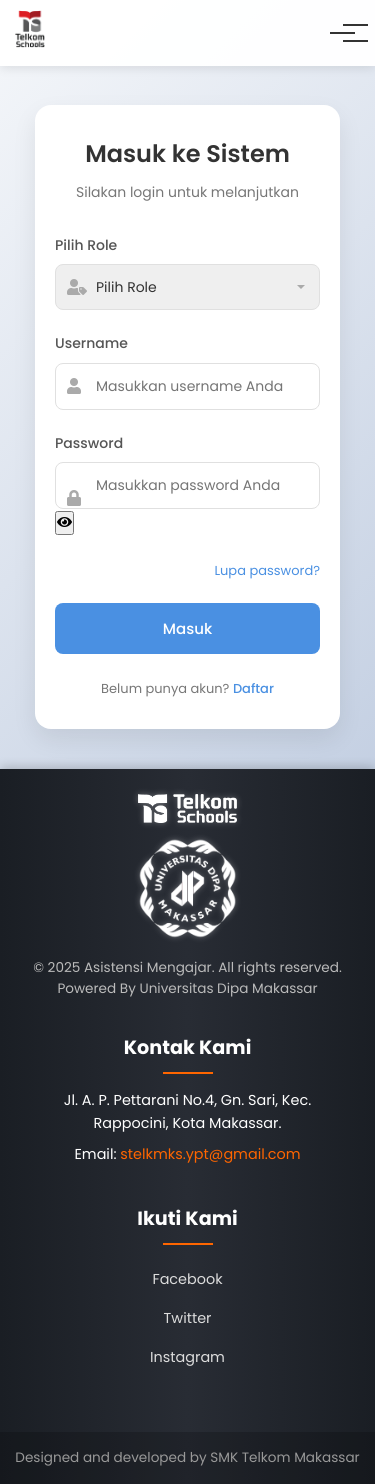
Repository: filperan/absensi-telkom
Page: /login
These files come from the project's save history. The page is drawn as it stood at one moment and after the next save; the edit follows.
The browser window is 375 px wide. The pictures show the whole page.
The project was rebuilt for these pictures with package versions that can differ from the ones it lists, and the page was loaded fresh each time. Also part of the build but not shown: src/components/HeroSection.css, src/components/HeroSection.js, src/components/NotFound.js, src/components/LoadingScreen.css.

Above is the page before, as saved 2025-02-18 21:26:55.

### src/App.js
import React, { useState, useEffect } from 'react';
import { BrowserRouter as Router, Route, Routes, Navigate } from 'react-router-dom';
import Navbar from './components/Navbar';
import HeroSection from './components/HeroSection';
import Footer from './components/Footer';
import Login from './components/Login';
import NotFound from './components/NotFound';
import LoadingScreen from './components/LoadingScreen';
import './App.css';

const App = () => {
  const [loading, setLoading] = useState(true);
  const [authenticated, setAuthenticated] = useState(false);

  // Simulasi loading
  useEffect(() => {
    const timer = setTimeout(() => {
      setLoading(false);
    }, 1500);

    // Cek status autentikasi dari localStorage
    const authStatus = localStorage.getItem('authenticated');
    if (authStatus === 'true') {
      setAuthenticated(true);
    }

    return () => clearTimeout(timer);
  }, []);

  // Handler login berhasil
  const handleLoginSuccess = () => {
    setAuthenticated(true);
    localStorage.setItem('authenticated', 'true');
  };

  // Handler logout
  const handleLogout = () => {
    setAuthenticated(false);
    localStorage.removeItem('authenticated');
  };

  if (loading) {
    return <LoadingScreen />;
  }

  return (
    <Router>
      <div className="app">
        <Navbar authenticated={authenticated} onLogout={handleLogout} />
        <main className="main-content">
          <Routes>
            <Route path="/" element={<HeroSection />} />
            <Route
              path="/login"
              element={
                authenticated ?
                <Navigate to="/dashboard" /> :
                <Login onLoginSuccess={handleLoginSuccess} />
              }
            />
            <Route
              path="/dashboard"
              element={
                authenticated ?
                <div className="dashboard-container">
                  <h1>Selamat datang di Dashboard</h1>
                  <p>Silakan pilih menu di atas untuk melanjutkan</p>
                </div> :
                <Navigate to="/login" />
              }
            />
            <Route path="*" element={<NotFound />} />
          </Routes>
        </main>
        <Footer />
      </div>
    </Router>
  );
};

export default App;

### src/components/Footer.js
import React from 'react';
import './Footer.css';

const Footer = () => {
  return (
    <footer className="footer">
      <div className="footer-content">
        <div className="footer-section logo-section">
          <img src="/telkom.png" alt="Telkom Logo" />
          <img src="/LogoUndipa.png" alt="Undipa Logo" />
          <p className="copyright">
            &copy; {new Date().getFullYear()} Asistensi Mengajar. All rights reserved. Powered By Universitas Dipa Makassar
          </p>
        </div>
        <div className="footer-section contact">
          <h4>Kontak Kami</h4>
          <address>
            <p>Jl. A. P. Pettarani No.4, Gn. Sari, Kec. Rappocini, Kota Makassar.</p>
            <p>Email: <a href="mailto:stelkmks.ypt@gmail.com">stelkmks.ypt@gmail.com</a></p>
          </address>
        </div>
        <div className="footer-section social-media">
          <h4>Ikuti Kami</h4>
          <div className="social-links">
            <a href="https://facebook.com" target="_blank" rel="noopener noreferrer">Facebook</a>
            <a href="https://twitter.com" target="_blank" rel="noopener noreferrer">Twitter</a>
            <a href="https://instagram.com" target="_blank" rel="noopener noreferrer">Instagram</a>
          </div>
        </div>
      </div>
      <div className="footer-bottom">
        <p>Designed and developed by SMK Telkom Makassar</p>
      </div>
    </footer>
  );
};


export default Footer;

### src/components/LoadingScreen.js
import React from 'react';
import './LoadingScreen.css';

const LoadingScreen = () => {
  return (
    <div className="loading-container">
      <div className="loading-content">
        <div className="loading-logo">
          <img src="/telkomlogo.png" alt="Telkom Logo" />
        </div>
        <div className="loading-spinner">
          <div className="spinner"></div>
        </div>
        <p className="loading-text">Memuat Aplikasi...</p>
      </div>
    </div>
  );
};

export default LoadingScreen;

### src/App.css
/* Import font untuk tampilan yang lebih modern */
@import url('https://fonts.googleapis.com/css2?family=Poppins:wght@300;400;500;600;700&display=swap');

* {
  margin: 0;
  padding: 0;
  box-sizing: border-box;
}

body {
  font-family: 'Poppins', sans-serif;
  background-color: #f9fafb;
  color: #333;
  line-height: 1.6;
}

.app {
  min-height: 100vh;
  display: flex;
  flex-direction: column;
}

.main-content {
  flex: 1;
  padding-top: 70px; /* Ruang untuk navbar fixed */
  width: 100%;
  max-width: 1400px;
  margin: 0 auto;
  padding-left: 5%;
  padding-right: 5%;
}

/* Dashboard Styling */
.dashboard-container {
  margin-top: 50px;
  background-color: white;
  border-radius: 12px;
  padding: 40px;
  box-shadow: 0 5px 15px rgba(0, 0, 0, 0.05);
  text-align: center;
}

.dashboard-container h1 {
  font-size: 28px;
  color: #333;
  margin-bottom: 20px;
}

.dashboard-container p {
  font-size: 16px;
  color: #666;
  margin-bottom: 30px;
}

/* Not Found Page Styling */
.not-found-container {
  display: flex;
  flex-direction: column;
  align-items: center;
  justify-content: center;
  text-align: center;
  padding: 80px 20px;
}

.not-found-title {
  font-size: 120px;
  font-weight: 700;
  color: #e74c3c;
  margin-bottom: 20px;
  line-height: 1;
}

.not-found-subtitle {
  font-size: 24px;
  font-weight: 600;
  color: #333;
  margin-bottom: 20px;
}

.not-found-message {
  font-size: 16px;
  color: #666;
  max-width: 500px;
  margin-bottom: 30px;
}

.not-found-button {
  display: inline-block;
  background-color: #e74c3c;
  color: white;
  padding: 12px 24px;
  border-radius: 24px;
  text-decoration: none;
  font-weight: 500;
  transition: all 0.3s ease;
}

.not-found-button:hover {
  background-color: #c0392b;
  transform: translateY(-2px);
  box-shadow: 0 4px 8px rgba(231, 76, 60, 0.2);
}

/* Responsive Styles */
@media (max-width: 768px) {
  .main-content {
    padding-top: 65px;
    padding-left: 4%;
    padding-right: 4%;
  }

  .dashboard-container {
    padding: 30px 20px;
  }

  .not-found-title {
    font-size: 100px;
  }

  .not-found-subtitle {
    font-size: 20px;
  }
}

@media (max-width: 480px) {
  .not-found-title {
    font-size: 80px;
  }

  .dashboard-container {
    padding: 25px 15px;
  }
}

### src/components/Navbar.css
/* Import font untuk tampilan yang lebih modern */
@import url('https://fonts.googleapis.com/css2?family=Poppins:wght@300;400;500;600;700&display=swap');

/* Navbar.css */
.navbar {
  position: fixed;
  top: 0;
  left: 0;
  width: 100%;
  background-color: rgba(255, 255, 255, 0.95);
  box-shadow: 0 2px 10px rgba(0, 0, 0, 0.1);
  z-index: 1000;
  transition: all 0.3s ease;
  padding: 0;
  font-family: 'Poppins', sans-serif;
}

.navbar.scrolled {
  padding: 5px 0;
  background-color: rgba(255, 255, 255, 0.98);
  box-shadow: 0 4px 15px rgba(0, 0, 0, 0.1);
}

.navbar-container {
  display: flex;
  justify-content: space-between;
  align-items: center;
  padding: 10px 5%;
  max-width: 1400px;
  margin: 0 auto;
}

.logo {
  flex: 0 0 auto;
}

.logo img {
  height: 45px;
  transition: all 0.3s ease;
}

.navbar.scrolled .logo img {
  height: 40px;
}

/* Desktop Navigation */
.nav-links {
  list-style: none;
  display: flex;
  gap: 30px;
  margin: 0;
  padding: 0;
}

.nav-links.desktop {
  display: flex;
}

.nav-links.mobile {
  display: none;
}

.nav-links a {
  text-decoration: none;
  color: #333;
  font-weight: 500;
  font-size: 15px;
  position: relative;
  padding: 5px 0;
  transition: color 0.3s ease;
}

.nav-links a:hover,
.nav-links a.active {
  color: #e74c3c;
}

.nav-links a::after {
  content: '';
  position: absolute;
  width: 0;
  height: 2px;
  bottom: 0;
  left: 0;
  background-color: #e74c3c;
  transition: width 0.3s ease;
}

.nav-links a:hover::after,
.nav-links a.active::after {
  width: 100%;
}

/* Nav Buttons */
.nav-buttons {
  display: flex;
  gap: 15px;
  align-items: center;
}

.nav-buttons.desktop {
  display: flex;
}

.nav-buttons.mobile {
  display: none;
}

.nav-button {
  padding: 10px 20px;
  border-radius: 24px;
  font-weight: 500;
  font-size: 14px;
  cursor: pointer;
  transition: all 0.3s ease;
  text-decoration: none;
  text-align: center;
  border: none;
  outline: none;
  font-family: 'Poppins', sans-serif;
}

.login-button {
  background-color: transparent;
  color: #333;
  border: 1px solid #ddd;
}

.login-button:hover {
  background-color: #f8f8f8;
  border-color: #ccc;
}

.hubungi-kami-button {
  background-color: #e74c3c;
  color: white;
}

.hubungi-kami-button:hover {
  background-color: #c0392b;
  transform: translateY(-2px);
  box-shadow: 0 4px 8px rgba(231, 76, 60, 0.2);
}

.dashboard-button {
  background-color: #3498db;
  color: white;
}

.dashboard-button:hover {
  background-color: #2980b9;
  transform: translateY(-2px);
  box-shadow: 0 4px 8px rgba(52, 152, 219, 0.2);
}

.logout-button {
  background-color: transparent;
  color: #555;
  border: 1px solid #ddd;
}

.logout-button:hover {
  background-color: #f8f8f8;
  color: #e74c3c;
  border-color: #e74c3c;
}

.authenticated-menu {
  display: flex;
  gap: 10px;
}

/* Mobile Menu Button */
.mobile-menu-button {
  display: none;
  background: none;
  border: none;
  cursor: pointer;
  width: 30px;
  height: 30px;
  position: relative;
  z-index: 1001;
}

.menu-icon {
  display: block;
  position: relative;
  width: 25px;
  height: 2px;
  background-color: #333;
  transition: background-color 0.3s;
}

.menu-icon::before,
.menu-icon::after {
  content: '';
  position: absolute;
  width: 25px;
  height: 2px;
  background-color: #333;
  transition: transform 0.3s, top 0.3s;
}

.menu-icon::before {
  top: -8px;
}

.menu-icon::after {
  top: 8px;
}

.menu-icon.open {
  background-color: transparent;
}

.menu-icon.open::before {
  top: 0;
  transform: rotate(45deg);
}

.menu-icon.open::after {
  top: 0;
  transform: rotate(-45deg);
}

/* Mobile Navigation */
.mobile-nav {
  display: none;
  position: fixed;
  top: 65px;
  left: 0;
  width: 100%;
  height: 0;
  background-color: white;
  box-shadow: 0 5px 10px rgba(0, 0, 0, 0.1);
  overflow: hidden;
  transition: height 0.4s ease-in-out;
  z-index: 999;
}

.mobile-nav.open {
  height: calc(100vh - 65px);
  overflow-y: auto;
}

/* Media Queries for Responsiveness */
@media (max-width: 1080px) {
  .nav-links.desktop {
    gap: 20px;
  }

  .nav-links a {
    font-size: 14px;
  }

  .nav-button {
    padding: 8px 16px;
    font-size: 13px;
  }
}

@media (max-width: 920px) {
  .nav-links.desktop,
  .nav-buttons.desktop {
    display: none;
  }

  .mobile-menu-button {
    display: block;
  }

  .mobile-nav {
    display: block;
  }

  .nav-links.mobile {
    display: flex;
    flex-direction: column;
    gap: 20px;
    padding: 30px 5%;
  }

  .nav-links.mobile a {
    font-size: 16px;
    padding: 10px 0;
    display: block;
  }

  .nav-buttons.mobile {
    display: flex;
    flex-direction: column;
    gap: 15px;
    padding: 0 5% 30px;
  }

  .nav-button {
    width: 100%;
    padding: 12px;
    font-size: 14px;
  }
}

@media (max-width: 480px) {
  .navbar-container {
    padding: 10px 4%;
  }

  .logo img {
    height: 38px;
  }

  .mobile-nav.open {
    padding-top: 10px;
  }

  .nav-links.mobile {
    gap: 15px;
    padding: 20px 4%;
  }

  .nav-buttons.mobile {
    padding: 0 4% 25px;
  }
}

### src/components/Footer.css
/* Reset and global styles */
html, body {
  height: 100%;
  margin: 0;
  padding: 0;
}

body {
  display: flex;
  flex-direction: column;
  min-height: 100vh;
}

#root {
  display: flex;
  flex-direction: column;
  min-height: 100vh;
}

/* Main content area */
.content {
  flex: 1 0 auto;
}

/* Footer styles */
.footer {
  width: 100%;
  background-color: #282c34;
  background-image: linear-gradient(to right, #1a1e24, #282c34, #1a1e24);
  color: white;
  margin-top: auto;
  box-shadow: 0 -2px 10px rgba(0, 0, 0, 0.2);
}

.footer-content {
  display: flex;
  justify-content: space-between;
  max-width: 100%;
  padding: 40px 50px;
  flex-wrap: wrap;
}

/* Logo section */
.logo-section {
  flex: 1;
  min-width: 200px;
  display: flex;
  flex-direction: column;
  align-items: flex-start;
}

.logo-section img {
  max-width: 120px;
  margin-bottom: 15px;
  filter: drop-shadow(0 0 3px rgba(255, 255, 255, 0.3));
}

.copyright {
  margin: 3px 0;
  font-size: 0.85rem;
  color: #bbb;
}

/* Contact section */
.contact {
  flex: 1;
  min-width: 280px;
  padding: 0 30px;
}

.contact h4 {
  font-size: 1.2rem;
  margin-bottom: 15px;
  position: relative;
  padding-bottom: 10px;
}

.contact h4:after {
  content: '';
  position: absolute;
  left: 0;
  bottom: 0;
  width: 50px;
  height: 2px;
  background-color: #f60;
}

.contact address {
  font-style: normal;
}

.contact p {
  margin: 8px 0;
  font-size: 0.95rem;
  line-height: 1.6;
}

.contact a {
  color: #f60;
  text-decoration: none;
  transition: color 0.3s;
}

.contact a:hover {
  color: #ff8c3a;
  text-decoration: underline;
}

/* Social media section */
.social-media {
  flex: 1;
  min-width: 200px;
}

.social-media h4 {
  font-size: 1.2rem;
  margin-bottom: 15px;
  position: relative;
  padding-bottom: 10px;
}

.social-media h4:after {
  content: '';
  position: absolute;
  left: 0;
  bottom: 0;
  width: 50px;
  height: 2px;
  background-color: #f60;
}

.social-links {
  display: flex;
  flex-direction: column;
}

.social-links a {
  display: flex;
  align-items: center;
  margin: 8px 0;
  color: #ddd;
  text-decoration: none;
  transition: all 0.3s ease;
  font-size: 0.95rem;
}

.social-links a i {
  margin-right: 10px;
  font-size: 1.2rem;
}

.social-links a:hover {
  color: #f60;
  transform: translateX(5px);
}

/* Footer bottom */
.footer-bottom {
  text-align: center;
  padding: 15px 0;
  background-color: rgba(0, 0, 0, 0.2);
  font-size: 0.85rem;
  color: #999;
}

/* Responsive styles */
@media screen and (max-width: 992px) {
  .footer-content {
    justify-content: space-around;
    padding: 30px 20px;
  }

  .contact {
    padding: 0 15px;
  }
}

@media screen and (max-width: 768px) {
  .footer-content {
    flex-direction: column;
    align-items: center;
    text-align: center;
    padding: 30px 15px;
  }

  .logo-section, .contact, .social-media {
    width: 100%;
    max-width: 400px;
    margin-bottom: 30px;
    align-items: center;
  }

  .contact h4:after, .social-media h4:after {
    left: 50%;
    transform: translateX(-50%);
  }

  .social-links {
    align-items: center;
  }

  .social-links a:hover {
    transform: translateY(-3px);
  }
}

@media screen and (max-width: 480px) {
  .footer-content {
    padding: 25px 10px;
  }

  .logo-section img {
    max-width: 100px;
  }

  .contact p, .social-links a {
    font-size: 0.9rem;
  }
}

### src/components/login.css
/* Import font untuk tampilan yang lebih modern */
@import url('https://fonts.googleapis.com/css2?family=Poppins:wght@300;400;500;600;700&display=swap');
@import url('https://cdnjs.cloudflare.com/ajax/libs/font-awesome/5.15.4/css/all.min.css');

/* Reset dan styling dasar */
* {
  box-sizing: border-box;
  margin: 0;
  padding: 0;
  font-family: 'Poppins', sans-serif;
}

body {
  background: linear-gradient(135deg, #f5f7fa 0%, #c3cfe2 100%);
  min-height: 100vh;
  display: flex;
  align-items: center;
  justify-content: center;
}

/* Container utama */
.login-container {
  width: 100%;
  max-width: 450px;
  padding: 40px 20px;
}

/* Card login */
.login-card {
  background-color: #fff;
  border-radius: 16px;
  box-shadow: 0 10px 25px rgba(0, 0, 0, 0.08);
  padding: 40px;
  transition: transform 0.3s ease;
}

.login-card:hover {
  transform: translateY(-5px);
}

/* Header */
.login-header {
  text-align: center;
  margin-bottom: 30px;
}

.login-header h2 {
  font-size: 28px;
  color: #333;
  font-weight: 600;
  margin-bottom: 8px;
}

.login-header p {
  color: #777;
  font-size: 14px;
}

/* Form styling */
.login-form {
  margin-bottom: 25px;
}

.form-group {
  margin-bottom: 22px;
}

.form-group label {
  display: block;
  margin-bottom: 8px;
  font-size: 14px;
  color: #555;
  font-weight: 500;
}

.input-container {
  position: relative;
}

.icon {
  position: absolute;
  left: 12px;
  top: 50%;
  transform: translateY(-50%);
  color: #aaa;
  font-size: 16px;
}

.form-control {
  width: 100%;
  padding: 12px 12px 12px 40px;
  border: 1px solid #e0e0e0;
  border-radius: 8px;
  font-size: 14px;
  transition: all 0.3s;
  color: #333;
}

.form-control:focus {
  border-color: #4a90e2;
  box-shadow: 0 0 0 2px rgba(74, 144, 226, 0.2);
  outline: none;
}

select.form-control {
  appearance: none;
  background-image: url("data:[embedded picture, 163 characters]");
  background-repeat: no-repeat;
  background-position: right 12px center;
  padding-right: 36px;
}

/* Lupa password */
.text-right {
  text-align: right;
  margin-bottom: 20px;
}

.forgot-password {
  font-size: 13px;
  color: #4a90e2;
  text-decoration: none;
  transition: color 0.3s;
}

.forgot-password:hover {
  color: #2a6fc6;
  text-decoration: underline;
}

/* Button login */
.login-button {
  display: flex;
  justify-content: center;
  align-items: center;
  width: 100%;
  padding: 14px;
  border: none;
  border-radius: 8px;
  background: #4a90e2;
  color: white;
  font-weight: 500;
  font-size: 15px;
  cursor: pointer;
  transition: all 0.3s;
  position: relative;
  overflow: hidden;
}

.login-button:hover {
  background: #357bd8;
  transform: translateY(-2px);
}

.login-button:active {
  transform: translateY(0);
}

.login-button.loading {
  background: #357bd8;
  cursor: not-allowed;
}

/* Spinner untuk tombol loading */
.spinner {
  width: 18px;
  height: 18px;
  border: 3px solid rgba(255, 255, 255, 0.3);
  border-radius: 50%;
  border-top-color: white;
  animation: spin 1s linear infinite;
}

@keyframes spin {
  to {
    transform: rotate(360deg);
  }
}

/* Footer */
.login-footer {
  text-align: center;
  font-size: 13px;
  color: #777;
}

.login-footer a {
  color: #4a90e2;
  text-decoration: none;
  font-weight: 500;
  transition: color 0.3s;
}

.login-footer a:hover {
  color: #2a6fc6;
  text-decoration: underline;
}

/* Responsiveness */
@media (max-width: 480px) {
  .login-card {
    padding: 30px 20px;
  }

  .login-header h2 {
    font-size: 24px;
  }
}

Loaded but not shown: public/index.html (common file); src/index.js (common file); src/index.css (common file); src/reportWebVitals.js (common file); src/components/Login.js (199 lines, source omitted); src/components/Navbar.js (113 lines, source omitted)

After the next save:
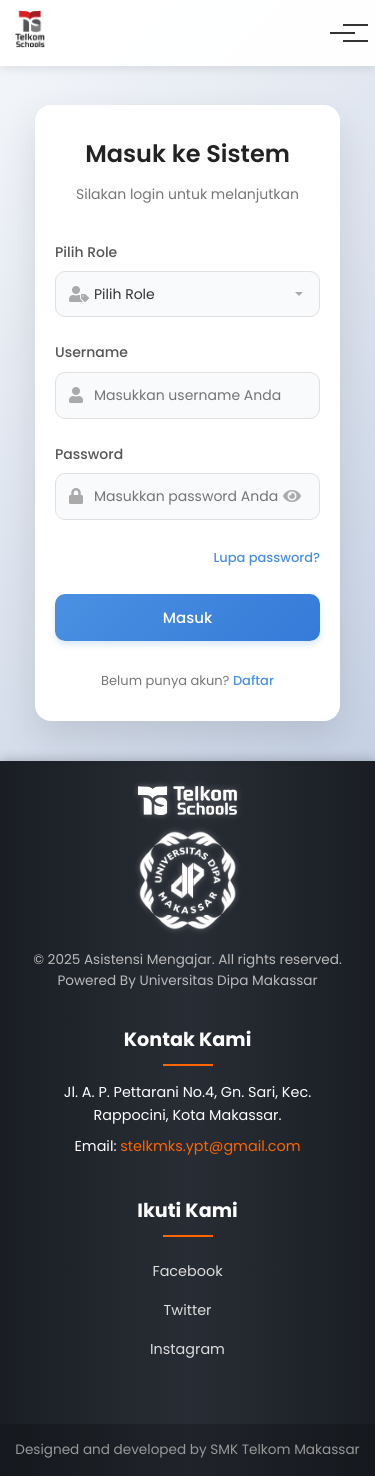
Saved 22 s later.
--- a/src/components/login.css
+++ b/src/components/login.css
@@ -29,26 +29,29 @@
 .login-card {
   background-color: #fff;
   border-radius: 16px;
-  box-shadow: 0 10px 25px rgba(0, 0, 0, 0.08);
+  box-shadow: 0 15px 35px rgba(0, 0, 0, 0.1);
   padding: 40px;
-  transition: transform 0.3s ease;
+  transition: all 0.3s ease;
+  overflow: hidden;
+  position: relative;
 }
 
 .login-card:hover {
   transform: translateY(-5px);
+  box-shadow: 0 20px 40px rgba(0, 0, 0, 0.12);
 }
 
 /* Header */
 .login-header {
   text-align: center;
-  margin-bottom: 30px;
+  margin-bottom: 35px;
 }
 
 .login-header h2 {
   font-size: 28px;
-  color: #333;
+  color: #222;
   font-weight: 600;
-  margin-bottom: 8px;
+  margin-bottom: 10px;
 }
 
 .login-header p {
@@ -62,7 +65,8 @@
 }
 
 .form-group {
-  margin-bottom: 22px;
+  margin-bottom: 24px;
+  position: relative;
 }
 
 .form-group label {
@@ -71,49 +75,103 @@
   font-size: 14px;
   color: #555;
   font-weight: 500;
+  transition: color 0.3s;
 }
 
 .input-container {
   position: relative;
+  transition: all 0.3s;
 }
 
 .icon {
   position: absolute;
-  left: 12px;
+  left: 14px;
   top: 50%;
   transform: translateY(-50%);
   color: #aaa;
   font-size: 16px;
+  transition: color 0.3s;
 }
 
 .form-control {
   width: 100%;
-  padding: 12px 12px 12px 40px;
+  padding: 14px 14px 14px 42px;
   border: 1px solid #e0e0e0;
-  border-radius: 8px;
+  border-radius: 10px;
   font-size: 14px;
   transition: all 0.3s;
   color: #333;
+  background-color: #f9fafc;
 }
 
 .form-control:focus {
   border-color: #4a90e2;
-  box-shadow: 0 0 0 2px rgba(74, 144, 226, 0.2);
+  box-shadow: 0 0 0 3px rgba(74, 144, 226, 0.15);
   outline: none;
+  background-color: #fff;
+}
+
+.form-control:focus + .icon {
+  color: #4a90e2;
 }
 
 select.form-control {
   appearance: none;
   background-image: url("data:[embedded picture, 163 characters]");
   background-repeat: no-repeat;
-  background-position: right 12px center;
-  padding-right: 36px;
+  background-position: right 14px center;
+  padding-right: 42px;
+}
+
+/* Password visibility toggle */
+.password-toggle {
+  position: absolute;
+  right: 14px;
+  top: 50%;
+  transform: translateY(-50%);
+  background: none;
+  border: none;
+  color: #aaa;
+  cursor: pointer;
+  font-size: 16px;
+  transition: color 0.3s;
+  padding: 5px;
+}
+
+.password-toggle:hover {
+  color: #4a90e2;
+}
+
+.password-toggle:focus {
+  outline: none;
+}
+
+/* Error state */
+.form-group.has-error .form-control {
+  border-color: #e53935;
+  background-color: #fff8f8;
+}
+
+.form-group.has-error .icon {
+  color: #e53935;
+}
+
+.form-group.has-error label {
+  color: #e53935;
+}
+
+.error-message {
+  display: block;
+  color: #e53935;
+  font-size: 12px;
+  margin-top: 6px;
+  font-weight: 500;
 }
 
 /* Lupa password */
 .text-right {
   text-align: right;
-  margin-bottom: 20px;
+  margin-bottom: 24px;
 }
 
 .forgot-password {
@@ -121,6 +179,7 @@
   color: #4a90e2;
   text-decoration: none;
   transition: color 0.3s;
+  font-weight: 500;
 }
 
 .forgot-password:hover {
@@ -136,8 +195,8 @@
   width: 100%;
   padding: 14px;
   border: none;
-  border-radius: 8px;
-  background: #4a90e2;
+  border-radius: 10px;
+  background: linear-gradient(135deg, #4a90e2 0%, #357bd8 100%);
   color: white;
   font-weight: 500;
   font-size: 15px;
@@ -145,30 +204,53 @@
   transition: all 0.3s;
   position: relative;
   overflow: hidden;
+  box-shadow: 0 4px 6px rgba(74, 144, 226, 0.2);
+}
+
+.login-button:before {
+  content: '';
+  position: absolute;
+  top: 0;
+  left: -100%;
+  width: 100%;
+  height: 100%;
+  background: linear-gradient(135deg, rgba(255, 255, 255, 0) 0%, rgba(255, 255, 255, 0.2) 50%, rgba(255, 255, 255, 0) 100%);
+  transition: all 0.6s;
 }
 
 .login-button:hover {
-  background: #357bd8;
+  background: linear-gradient(135deg, #357bd8 0%, #2a6fc6 100%);
   transform: translateY(-2px);
+  box-shadow: 0 7px 14px rgba(74, 144, 226, 0.25);
+}
+
+.login-button:hover:before {
+  left: 100%;
 }
 
 .login-button:active {
   transform: translateY(0);
+  box-shadow: 0 3px 6px rgba(74, 144, 226, 0.15);
 }
 
 .login-button.loading {
   background: #357bd8;
   cursor: not-allowed;
+  transform: none;
+}
+
+.login-button.loading:before {
+  display: none;
 }
 
 /* Spinner untuk tombol loading */
 .spinner {
-  width: 18px;
-  height: 18px;
+  width: 20px;
+  height: 20px;
   border: 3px solid rgba(255, 255, 255, 0.3);
   border-radius: 50%;
   border-top-color: white;
-  animation: spin 1s linear infinite;
+  animation: spin 1s ease-in-out infinite;
 }
 
 @keyframes spin {
@@ -182,6 +264,7 @@
   text-align: center;
   font-size: 13px;
   color: #777;
+  margin-top: 30px;
 }
 
 .login-footer a {
@@ -194,6 +277,22 @@
 .login-footer a:hover {
   color: #2a6fc6;
   text-decoration: underline;
+}
+
+/* Animations */
+@keyframes fadeIn {
+  from {
+    opacity: 0;
+    transform: translateY(20px);
+  }
+  to {
+    opacity: 1;
+    transform: translateY(0);
+  }
+}
+
+.login-card {
+  animation: fadeIn 0.5s ease-out;
 }
 
 /* Responsiveness */
@@ -205,4 +304,12 @@
   .login-header h2 {
     font-size: 24px;
   }
-}
+
+  .form-control {
+    padding: 12px 12px 12px 38px;
+  }
+
+  .login-button {
+    padding: 12px;
+  }
+}
